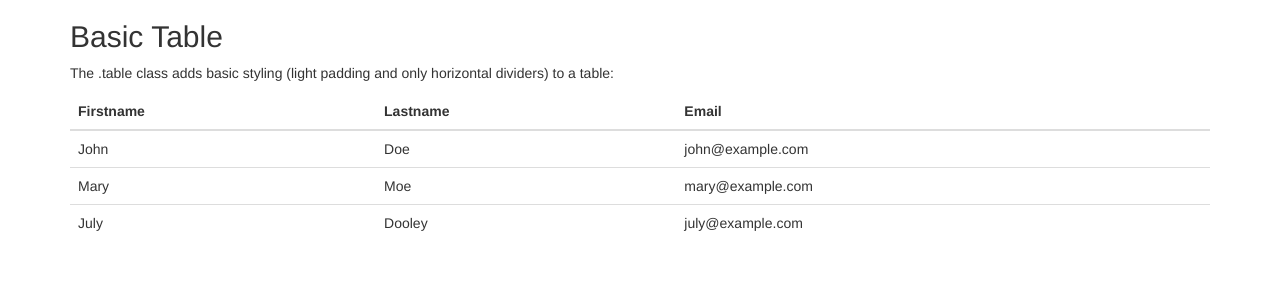
Repository: priyankateli27/priyanka
Page: SirAssignment/src/main/webapp/information.html
These files come from the project's save history. The page is drawn as it stood at one moment and after the next save; the edit follows.
The browser window is 1280 px wide. The pictures show the whole page.

Above is the page before, as saved 2016-07-15 10:44:27.

After the next save:
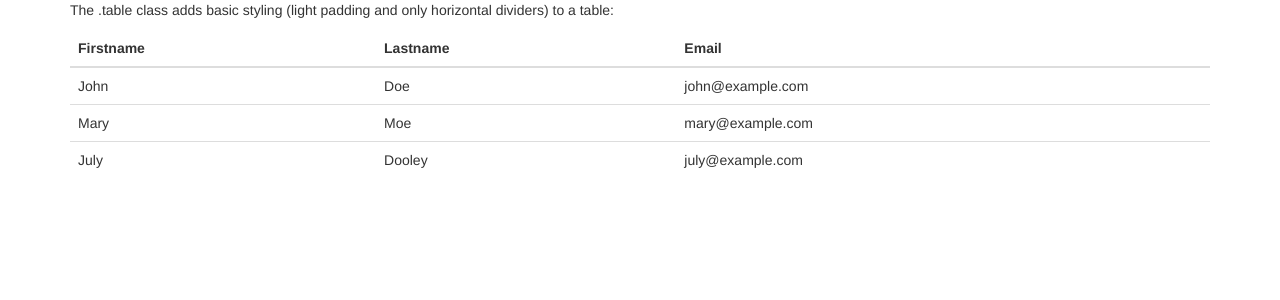
Saved 82 s later.
--- a/SirAssignment/src/main/webapp/information.html
+++ b/SirAssignment/src/main/webapp/information.html
@@ -1,7 +1,7 @@
 <!DOCTYPE html>
 <html lang="en">
 <head>
-  <title>Bootstrap Example</title>
+  <title>Student record</title>
   <meta charset="utf-8">
   <meta name="viewport" content="width=device-width, initial-scale=1">
   <link rel="stylesheet" href="http://maxcdn.bootstrapcdn.com/bootstrap/3.3.6/css/bootstrap.min.css">
@@ -11,7 +11,7 @@
 <body>
 
 <div class="container">
-  <h2>Basic Table</h2>
+
   <p>The .table class adds basic styling (light padding and only horizontal dividers) to a table:</p>
   <table class="table">
     <thead>
